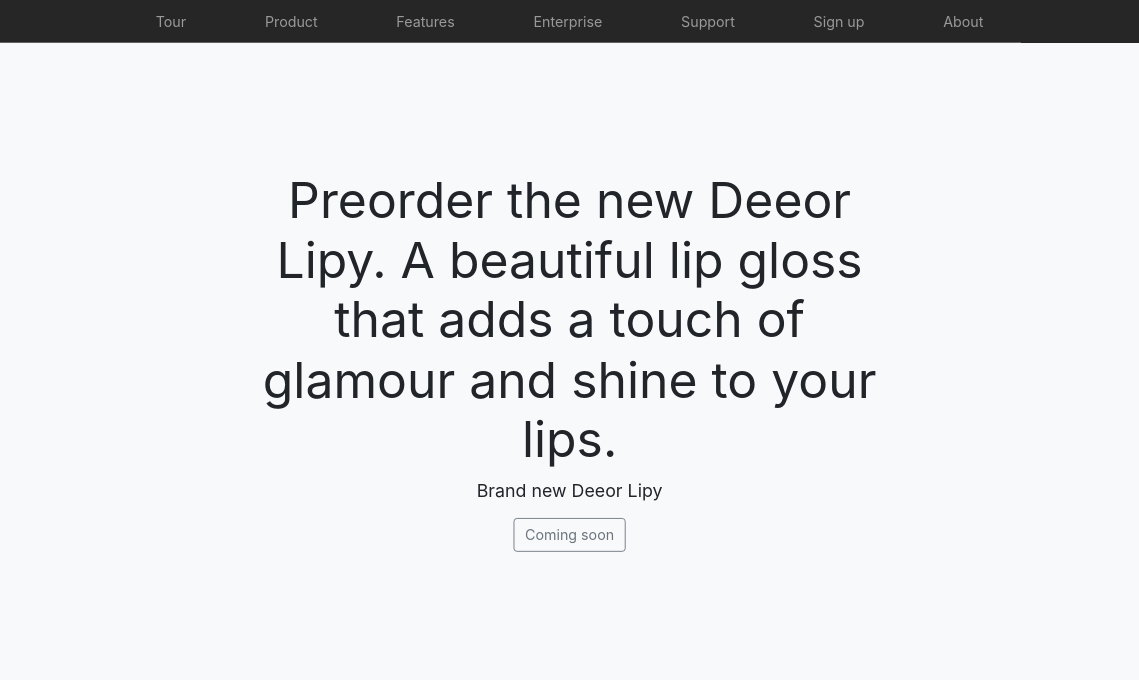
Repository: charlizechiang/CharlizeChiang2-Website
Page: LearnCS8-Twilio/index.html
The author's editor kept a record of every edit. The page is drawn from the files as they stood at one moment, then again after the next edit.
The browser window is 1280 px wide. The pictures show the whole page, at 89% of full size.

Above is the page before.

### LearnCS8-Twilio/index.html
<!doctype html>
<html lang="en">
  <head>
    <!-- Required meta tags -->
    <meta charset="utf-8">
    <meta name="viewport" content="width=device-width, initial-scale=1, shrink-to-fit=no">
    <meta name="description" content="Deeor Lip Gloss">
    <meta name="author" content="cchia058">

    <!-- Bootstrap CSS -->
    <link rel="stylesheet" href="https://stackpath.bootstrapcdn.com/bootstrap/4.5.2/css/bootstrap.min.css" integrity="sha384-JcKb8q3iqJ61gNV9KGb8thSsNjpSL0n8PARn9HuZOnIxN0hoP+VmmDGMN5t9UJ0Z" crossorigin="anonymous">

    <!-- Title of your Website -->
    <title>DEEOR</title>
    <link href="product.css" rel="stylesheet">
  </head>
  <body>
    <nav class="site-header sticky-top py-1">
    <!-- Top Menu Bar -->
      <div class="container d-flex flex-column flex-md-row justify-content-between">
        <a class="py-2 d-none d-md-inline-block" id="menu-item-1" href="https://www.sephora.com/?&om_mmc=ppc-GG_43860347_1084496957_kwd-12617961__514519702447_9031488_c&country_switch=us&lang=en&ds_rl=1261807&gclid=EAIaIQobChMI7-2f07Pd_gIVgwutBh2AmAFAEAAYASAAEgI78vD_BwE&gclsrc=aw.ds" target="_blank">Tour</a>
        <a class="py-2 d-none d-md-inline-block" id="menu-item-2" href="https://www.sephora.com/product/dior-lip-glow-oil-P453814?country_switch=us&lang=en&skuId=2316172&om_mmc=ppc-GG_18532081096_140015651217_pla-1686081537322_2316172_626820665498_9031488_c&gclid=EAIaIQobChMI7-2f07Pd_gIVgwutBh2AmAFAEAQYAyABEgJfVvD_BwE&gclsrc=aw.ds" target="_blank">Product</a>
        <a class="py-2 d-none d-md-inline-block" id="menu-item-3" href="https://www.pinterest.com/pin/519321400796762064/" target="blank">Features</a>
        <a class="py-2 d-none d-md-inline-block" id="menu-item-4" href="https://www.amazon.com/dior-lip-gloss/s?k=dior+lip+gloss" target="blank">Enterprise</a>
        <a class="py-2 d-none d-md-inline-block" id="menu-item-5" href="https://www.glamour.com/story/dior-lip-maximizer-review" target="blank">Support</a>
        <a class="py-2 d-none d-md-inline-block" id="menu-item-6" href="https://www.dior.com/en_us/beauty/makeup/lips/gloss-and-plumpers" target="blank">Sign up</a>
        <a class="py-2 d-none d-md-inline-block" id="menu-item-7" href="https://www.youtube.com/watch?v=QqZofMkyIFQ" target="blank">About</a>
    </div>
</nav>
<!-- Main Header Section h1-->
<div class="position-relative overflow-hidden p-3 p-md-5 m-md-0 text-center bg-light">
    <div class="col-md-8 p-lg-5 mx-auto my-5">
        <h1 class="display-4 font-weight-normal">Preorder the new Deeor Lipy. A beautiful lip gloss that adds a touch of glamour and shine to your lips.</h1>
        <p class="lead font-weight-normal">Brand new Deeor Lipy</p>
        <a class="btn btn-outline-secondary" href="https://www.dior.com/en_us/beauty/makeup/dior-addict-lipstick-incredible-shine-by-dior">Coming soon</a>
    </div>
</div>
  </body>
</html>

### LearnCS8-Twilio/product.css
.container {
  max-width: 960px;
}

/*
 * Custom translucent site header
 */

.site-header {
  background-color: rgba(0, 0, 0, .85);
  -webkit-backdrop-filter: saturate(180%) blur(20px);
  backdrop-filter: saturate(180%) blur(20px);
}
.site-header a {
  color: #999;
  transition: ease-in-out color .15s;
}
.site-header a:hover {
  color: #fff;
  text-decoration: none;
}

/*
 * Dummy devices (replace them with your own or something else entirely!)
 */

.product-device {
  position: absolute;
  right: 10%;
  bottom: -30%;
  width: 300px;
  height: 540px;
  background-color: #333;
  border-radius: 21px;
  -webkit-transform: rotate(30deg);
  transform: rotate(30deg);
}

.product-device::before {
  position: absolute;
  top: 10%;
  right: 10px;
  bottom: 10%;
  left: 10px;
  content: "";
  background-color: rgba(255, 255, 255, .1);
  border-radius: 5px;
}

.product-device-2 {
  top: -25%;
  right: auto;
  bottom: 0;
  left: 5%;
  background-color: #e5e5e5;
}


/*
 * Extra utilities
 */

.flex-equal > * {
  -ms-flex: 1;
  flex: 1;
}
@media (min-width: 768px) {
  .flex-md-equal > * {
    -ms-flex: 1;
    flex: 1;
  }
}

.overflow-hidden { overflow: hidden; }

After the next edit:
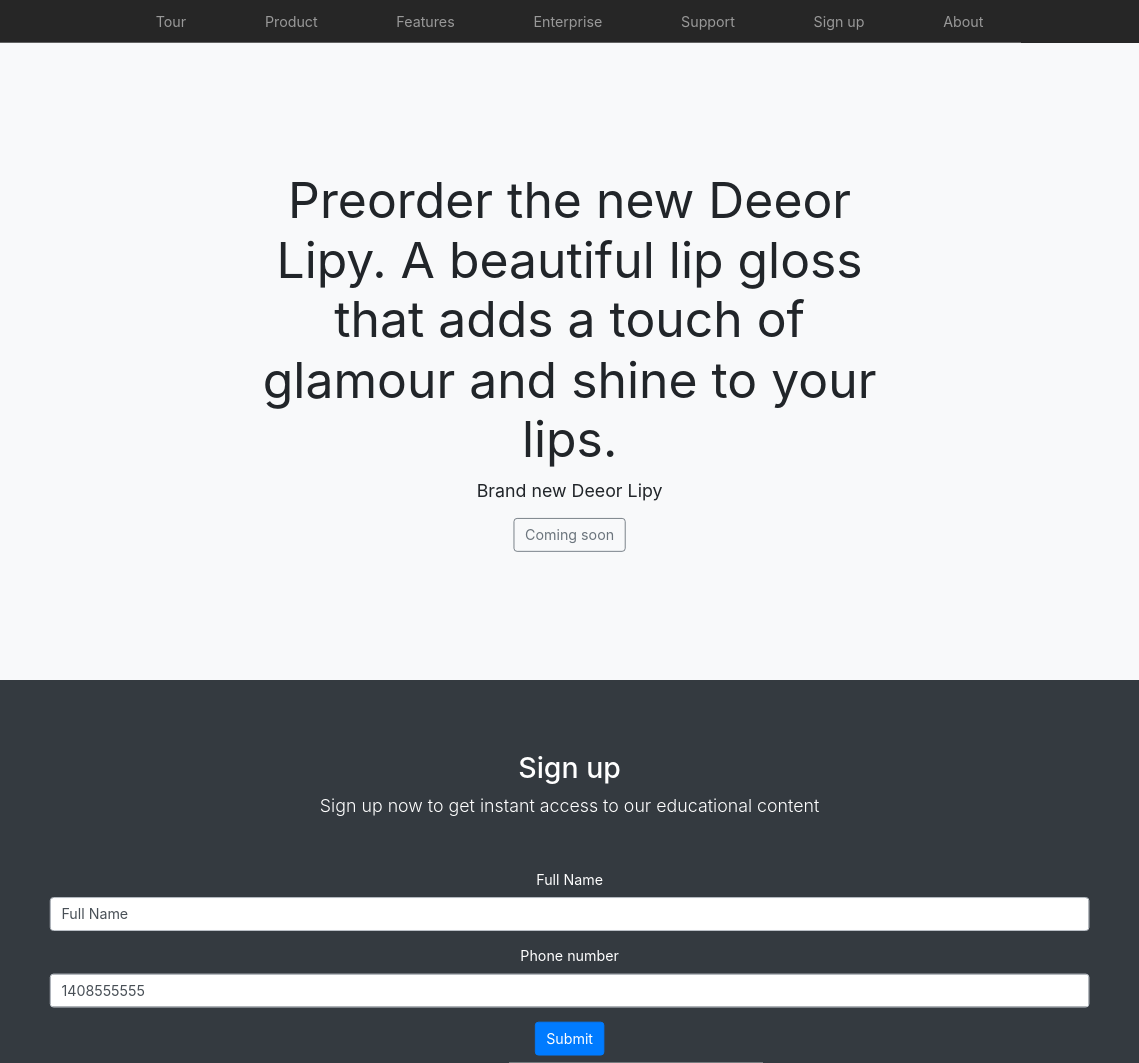
The edit:
--- a/LearnCS8-Twilio/index.html
+++ b/LearnCS8-Twilio/index.html
@@ -35,5 +35,44 @@
         <a class="btn btn-outline-secondary" href="https://www.dior.com/en_us/beauty/makeup/dior-addict-lipstick-incredible-shine-by-dior">Coming soon</a>
     </div>
 </div>
+<!-- Left Tile -->
+<div class="d-md-flex flex-md-equal w-100">
+    <div class="bg-dark pt-3 px-3 pt-md-5 px-md-5 text-center text-white overflow-hidden">
+        <div class="my-3 py-3">
+            <h2 class="display-5">Sign up</h2>
+            <p class="lead">Sign up now to get instant access to our educational content</p>
+        </div>
+        <!-- Web form when submitted will send a text message -->
+        <form class="p-2" onsubmit="sendTextMessage(); return false;">
+            <!-- Full Name Form Field -->
+            <div class="form-group">
+                <label for="example-first-name">Full Name</label>
+                <input type="text" value="Full Name" class="form-control" id="example-first-name" aria-describedby="emailHelp">
+            </div>
+            <!-- Phone Number Form Field -->
+            <div class="form-group">
+                <label for="example-tel-input">Phone number</label>
+                <input type="tel" class="form-control" value="1408555555" id="example-tel-input">
+            </div>
+            <!-- JavaScript that handles onSubmit logic -->
+            <!-- Configure the XHR request below with your own credentials -->
+            <script>
+            function sendTextMessage() {
+                console.log("Hello world!");
+                var xhr = new XMLHttpRequest();
+                var accountSID ="ACf1e23027fab41b13b0bb7d97c2f57ee1";
+                var authToken = "ce98fa0b6aeffb512de68f499d46b362";
+                var base64encoded = accountSID + ":" + authToken;
+                var params = "To=" + document.getElementById('example-tel-input').value + "&From=" + "XXXXXXXXXX" + "&Body=" + "Hello " + document.getElementById('example-first-name').value + " nice job on sending your first SMS with APIs."
+                xhr.open("POST", "https://api.twilio.com/2010-04-01/Accounts/" + accountSID + "/Messages.json", true);
+                xhr.setRequestHeader('Content-Type', 'application/x-www-form-urlencoded');
+                xhr.setRequestHeader('Authorization', 'Basic ' + btoa(base64encoded));
+                xhr.send(params);
+            }
+            </script>
+            <!-- Submit button that will execute the sendTextMessage function -->
+            <button type="submit" class="btn btn-primary">Submit</button>
+        </form>
+    </div>
   </body>
 </html>
